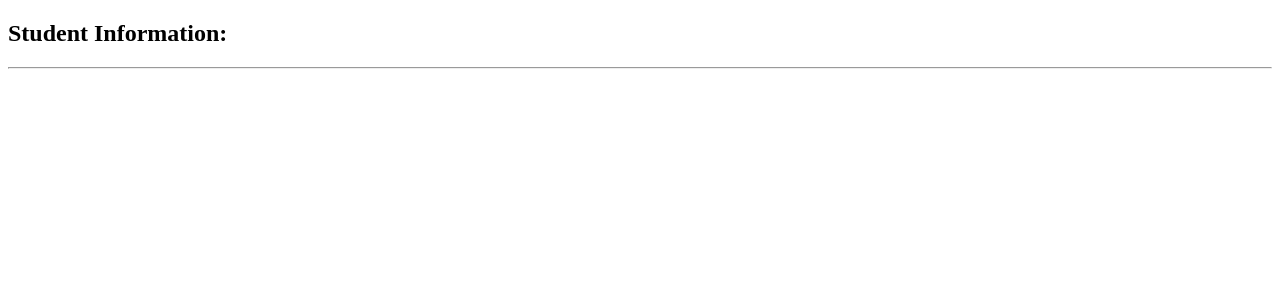
Repository: Tanvisalunkhe/Java_Codes
Page: http://localhost/demo/Profile.jsp
The author's editor kept a copy of each file at every save. The page is drawn from the files as they stood at one save, then again after the next save.
The browser window is 1280 px wide. The pictures show the whole page.
The page is served by Tomcat 10. Other server files are loaded and not shown.

Above is the page before, as saved 2025-12-26 06:02:53.

### demo/src/main/webapp/Profile.jsp
<%@ page language="java" contentType="text/html; charset=UTF-8"
    pageEncoding="UTF-8"%>
<!DOCTYPE html>
<html>
<head>
<meta charset="UTF-8">
<title>Profile Page
</title>
</head>
<body>
<h2>Student Information:</h2>
<hr>

</body>
</html>

After the next save:
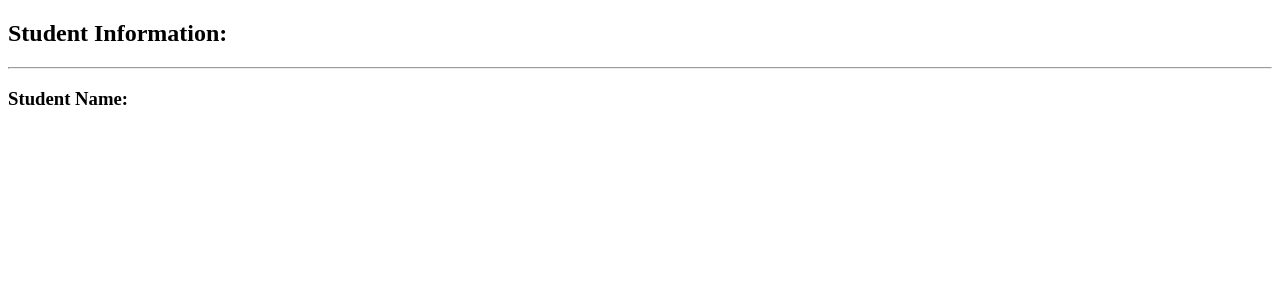
Saved 28 s later.
--- a/demo/src/main/webapp/Profile.jsp
+++ b/demo/src/main/webapp/Profile.jsp
@@ -10,6 +10,6 @@
 <body>
 <h2>Student Information:</h2>
 <hr>
-
+<h3>Student Name:</h3>
 </body>
 </html>
